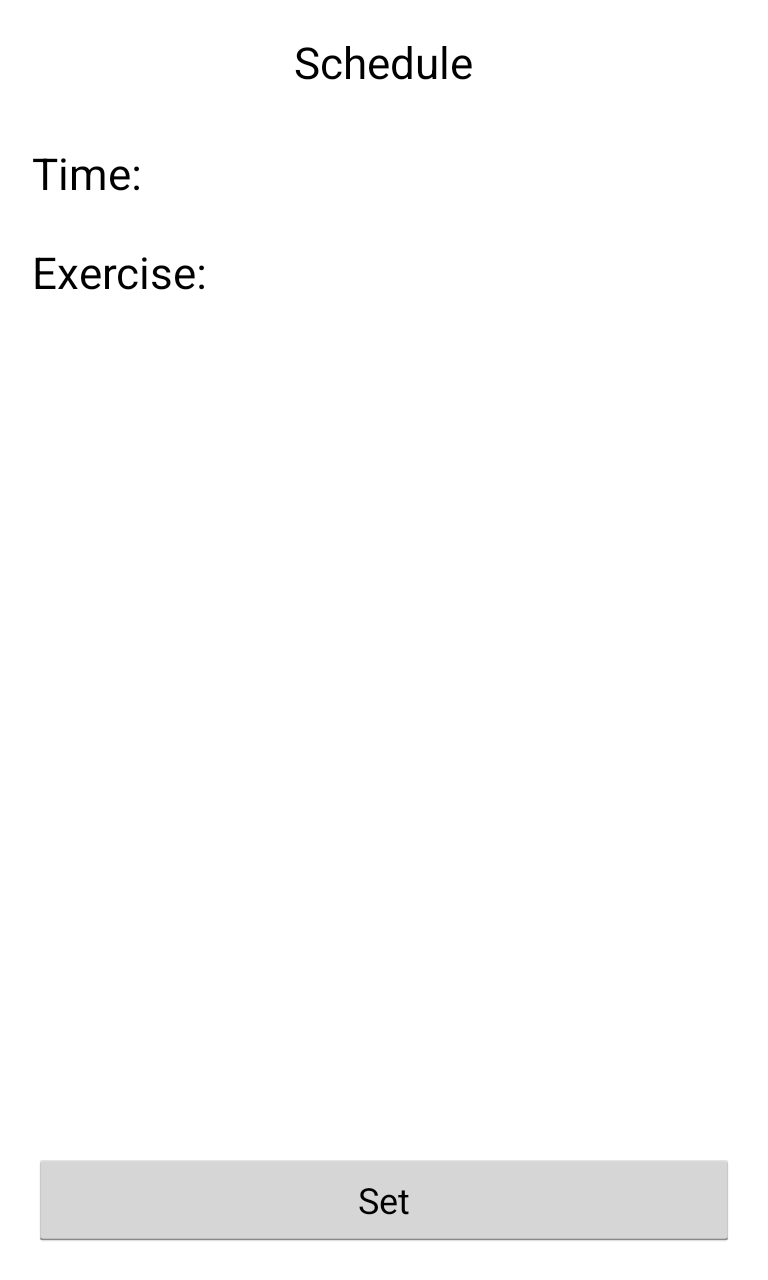
Repository: zi-yang-zhang/ECSE424-Group8
Layout: Hi Fi Prototype/ReHand/ReHand/res/layout/activity_schedule_page.xml
These files come from the project's save history. The layout is drawn as it stood at one moment and after the next save; the edit follows.
It is drawn on a 768 x 1280 px phone screen (xhdpi) without system bars, with theme AppTheme; the app's code is not run.

Above is the layout before, as saved 2014-02-20 04:54:44.

After the next save:
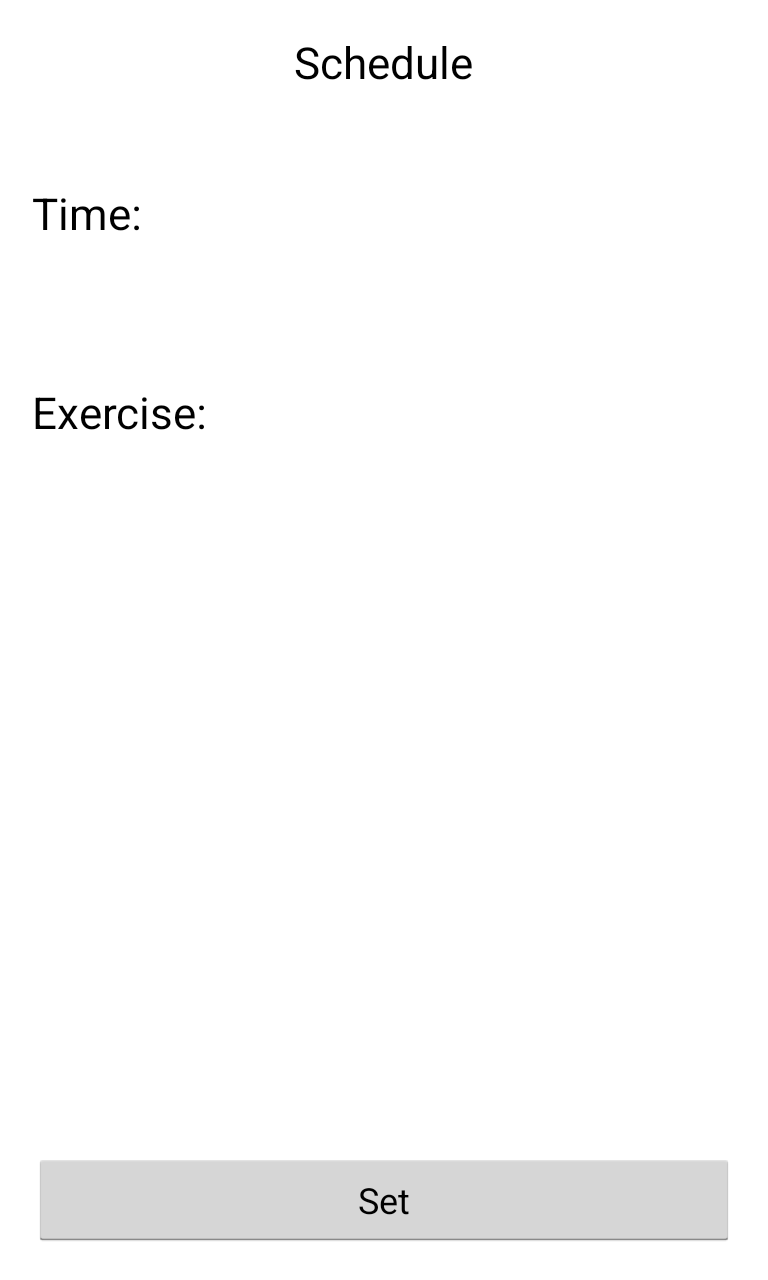
Saved 13 s later.
--- a/Hi Fi Prototype/ReHand/ReHand/res/layout/activity_schedule_page.xml
+++ b/Hi Fi Prototype/ReHand/ReHand/res/layout/activity_schedule_page.xml
@@ -17,13 +17,22 @@
         android:text="@string/schedule"
         android:textAppearance="?android:attr/textAppearanceLarge" />
 
+    <Button
+        android:id="@+id/button1"
+        android:layout_width="wrap_content"
+        android:layout_height="wrap_content"
+        android:layout_alignLeft="@+id/textView2"
+        android:layout_alignParentBottom="true"
+        android:layout_alignParentRight="true"
+        android:text="@string/schedule_set" />
+
     <TextView
         android:id="@+id/textView2"
         android:layout_width="wrap_content"
         android:layout_height="wrap_content"
         android:layout_alignParentLeft="true"
         android:layout_below="@+id/textView1"
-        android:layout_marginTop="20dp"
+        android:layout_marginTop="70dp"
         android:text="@string/schedule_exercise"
         android:textAppearance="?android:attr/textAppearanceLarge" />
 
@@ -33,17 +42,8 @@
         android:layout_height="wrap_content"
         android:layout_alignLeft="@+id/textView2"
         android:layout_below="@+id/textView3"
-        android:layout_marginTop="26dp"
+        android:layout_marginTop="46dp"
         android:text="@string/schedule_time"
         android:textAppearance="?android:attr/textAppearanceLarge" />
 
-    <Button
-        android:id="@+id/button1"
-        android:layout_width="wrap_content"
-        android:layout_height="wrap_content"
-        android:layout_alignLeft="@+id/textView2"
-        android:layout_alignParentBottom="true"
-        android:layout_alignParentRight="true"
-        android:text="@string/schedule_set" />
-
 </RelativeLayout>
